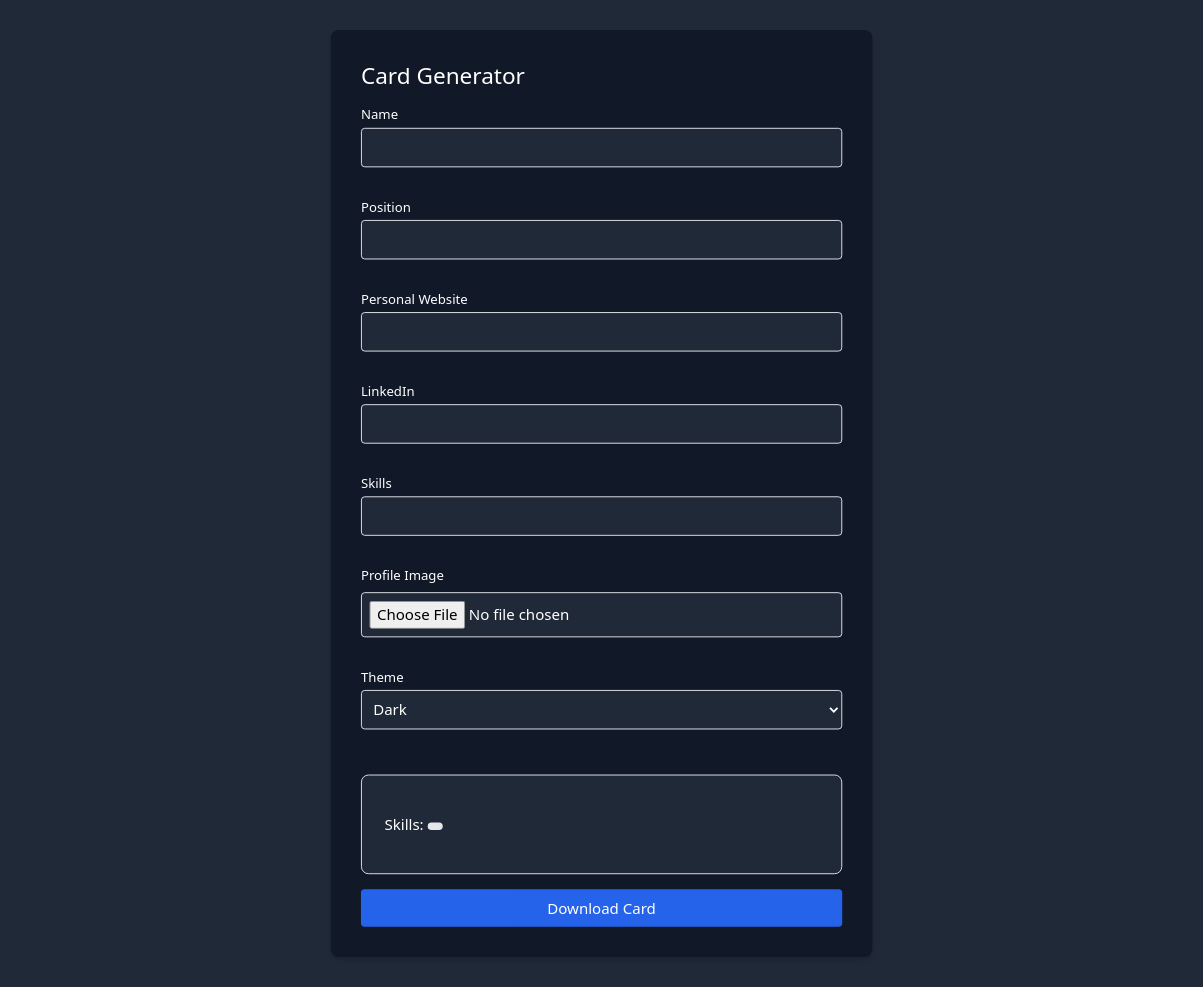
Repository: SmanSayeed/card-generator-react-application
Page: /
The author's editor kept a copy of each file at every save. The page is drawn from the files as they stood at one save, then again after a run of saves.
The browser window is 1280 px wide. The pictures show the whole page, at 94% of full size.
The project was rebuilt for these pictures with package versions that can differ from the ones it lists, and the page was loaded fresh each time. Also part of the build but not shown: vite.config.js.

Above is the page before, as saved 2024-09-24 16:20:51.

### src/main.jsx
import { StrictMode } from 'react'
import { createRoot } from 'react-dom/client'
import './index.css';
import App from './App';
import { Provider } from 'react-redux';
import { configureStore } from '@reduxjs/toolkit';
import { persistStore } from 'redux-persist';
import { PersistGate } from 'redux-persist/integration/react';
import cardReducer from './features/cardSlice';

const store = configureStore({
  reducer: {
    card: cardReducer,
  },
});
const persistor = persistStore(store);
createRoot(document.getElementById('root')).render(
  <StrictMode>
     <Provider store={store}>
     <PersistGate loading={null} persistor={persistor}>
    <App />
    </PersistGate>
    </Provider>
  </StrictMode>,
)

### src/App.jsx
import React from 'react';
import { useDispatch, useSelector } from 'react-redux';
import { updateField, setTheme } from './features/cardSlice';
import './App.css';
import CardGenerator from './components/template/CardGenerator';

const themes = {
  dark: "bg-gray-800 text-white",
  light: "bg-white text-black",
  green: "bg-green-200 text-black",
  blue: "bg-blue-200 text-black",
  minimal: "bg-gray-200 text-black",
};

function App() {

  return (
    <div className="p-8 min-h-screen bg-gray-800 text-white">
    <CardGenerator />
  </div>
  );
}

export default App;

### src/features/cardSlice.js
import { createSlice } from '@reduxjs/toolkit';
import { persistReducer } from 'redux-persist';
import storage from 'redux-persist/lib/storage';

const cardSlice = createSlice({
  name: 'card',
  initialState: {
    name: '',
    position: '',
    profileImage: '',
    personalWebsite: '',
    linkedin: '',
    skills: '',
    theme: 'dark', // default theme
  },
  reducers: {
    updateField: (state, action) => {
      const { field, value } = action.payload;
      state[field] = value;
    },
    setTheme: (state, action) => {
      state.theme = action.payload;
    },
  },
});

const persistConfig = {
  key: 'root',
  storage,
};

const persistedReducer = persistReducer(persistConfig, cardSlice.reducer);

export const { updateField, setTheme } = cardSlice.actions;
export default persistedReducer;

### src/App.css
.body.dark-mode {
  background: black;
  color: white;
}
ul {
  list-style: none;
  padding: 0;
}
.badge {
  display: inline-block;
  font-size: 0.875em;
  margin-right: 0.25rem;
  padding: 0.25rem 0.5rem;
}

### src/components/template/CardGenerator.js
import React from 'react';
import CardForm from '../organisms/CardForm';
import Card from '../organisms/Card';
import Button from '../atoms/Button';
import html2canvas from 'html2canvas';
import jsPDF from 'jspdf';

const CardGenerator = () => {
  const downloadCard = () => {
    const input = document.getElementById('card');
    html2canvas(input).then((canvas) => {
      const imgData = canvas.toDataURL('image/png');
      const pdf = new jsPDF();
      pdf.addImage(imgData, 'PNG', 0, 0);
      pdf.save('card.pdf');
    });
  };

  return (
    <div className="max-w-xl mx-auto bg-gray-900 text-white p-8 rounded-lg shadow-md">
      <h1 className="text-2xl mb-4">Card Generator</h1>
      <CardForm />
      <div id="card">
        <Card />
      </div>
      <Button onClick={downloadCard}>Download Card</Button>
    </div>
  );
};

export default CardGenerator;

### src/components/organisms/CardForm.js
import React from 'react';
import FormField from '../molecules/FormField';
import Button from '../atoms/Button';
import { useDispatch, useSelector } from 'react-redux';
import { updateField, setTheme } from '../../features/cardSlice';

const CardForm = () => {
  const dispatch = useDispatch();
  const card = useSelector((state) => state.card);

  const handleChange = (e) => {
    const { name, value } = e.target;
    dispatch(updateField({ field: name, value }));
  };

  const handleThemeChange = (e) => {
    dispatch(setTheme(e.target.value));
  };

  return (
    <form className="grid grid-cols-1 gap-4">
      <FormField type="text" label="Name" name="name" value={card.name} onChange={handleChange} />
      <FormField type="text" label="Position" name="position" value={card.position} onChange={handleChange} />
      <FormField type="text" label="Personal Website" name="personalWebsite" value={card.personalWebsite} onChange={handleChange} />
      <FormField type="text" label="LinkedIn" name="linkedin" value={card.linkedin} onChange={handleChange} />
      <FormField type="text" label="Skills" name="skills" value={card.skills} onChange={handleChange} />
      <FormField type="file" label="Profile Image" onChange={(e) => handleChange({ target: { name: 'profileImage', value: URL.createObjectURL(e.target.files[0]) } })} />
      <FormField type="select" label="Theme" name="theme" value={card.theme} onChange={handleThemeChange} options={[
        { value: 'dark', label: 'Dark' },
        { value: 'light', label: 'Light' },
        { value: 'green', label: 'Green' },
        { value: 'blue', label: 'Blue' },
        { value: 'minimal', label: 'Minimal' },
      ]} />
    </form>
  );
};

export default CardForm;

### src/components/organisms/Card.js
import React from 'react';
import { useSelector } from 'react-redux';

const themes = {
  dark: 'bg-gray-800 text-white',
  light: 'bg-white text-black',
  green: 'bg-green-200 text-black',
  blue: 'bg-blue-200 text-black',
  minimal: 'bg-gray-200 text-black',
};

const Card = () => {
  const card = useSelector((state) => state.card);

  return (
    <div className={`card mt-8 p-6 rounded-lg border shadow-sm ${themes[card.theme]}`}>
      <div className="flex items-center mb-4">
        {card.profileImage && (
          <img src={card.profileImage} alt="Profile" className="w-12 h-12 rounded-full mr-4" />
        )}
        <div>
          <h2 className="text-xl">{card.name}</h2>
          <p>{card.position}</p>
        </div>
      </div>

      <div className="mb-4">
        <a href={card.personalWebsite} target="_blank" className="block">
          {card.personalWebsite}
        </a>
        <a href={card.linkedin} target="_blank" className="block">
          {card.linkedin}
        </a>
      </div>

      <div className="mb-4">
        <p>
          Skills: {card.skills.split(',').map((skill) => (
            <span key={skill} className="badge bg-gray-200 text-black p-1 rounded mr-1">
              {skill}
            </span>
          ))}
        </p>
      </div>

      <div className="mt-4">
        <a href={card.personalWebsite} target="_blank" className="block mt-2 text-sm">
          {card.personalWebsite}
        </a>
      </div>
    </div>
  );
};

export default Card;

### src/components/atoms/Button.js
import React from 'react';

const Button = ({ onClick, children, ...props }) => (
  <button
    onClick={onClick}
    className="mt-4 w-full p-2 bg-blue-600 text-white rounded"
    {...props}
  >
    {children}
  </button>
);

export default Button;

### src/components/molecules/FormField.js
import React from 'react';
import TextInput from '../atoms/TextInput';
import FileInput from '../atoms/FileInput';
import SelectInput from '../atoms/SelectInput';

const FormField = ({ type, ...props }) => {
  switch (type) {
    case 'text':
      return <TextInput {...props} />;
    case 'file':
      return <FileInput {...props} />;
    case 'select':
      return <SelectInput {...props} />;
    default:
      return null;
  }
};

export default FormField;

### src/components/atoms/textInput.js
import React from 'react';

const TextInput = ({ label, name, value, onChange, ...props }) => (
  <div className="mb-4">
    {label && <label className="block text-sm mb-1">{label}</label>}
    <input
      type="text"
      name={name}
      value={value}
      onChange={onChange}
      className="p-2 bg-gray-800 border rounded w-full"
      {...props}
    />
  </div>
);

export default TextInput;

### src/components/atoms/fileInput.js
import React from 'react';

const FileInput = ({ label, name, onChange }) => (
  <div className="mb-4">
    {label && <label className="block text-sm mb-1">{label}</label>}
    <input
      type="file"
      name={name}
      onChange={onChange}
      className="mt-1 p-2 bg-gray-800 border rounded w-full"
    />
  </div>
);

export default FileInput;

### src/components/atoms/selectInput.js
import React from 'react';

const SelectInput = ({ label, name, value, onChange, options }) => (
  <div className="mb-4">
    {label && <label className="block text-sm mb-1">{label}</label>}
    <select
      name={name}
      value={value}
      onChange={onChange}
      className="p-2 bg-gray-800 border rounded w-full"
    >
      {options.map((option, index) => (
        <option key={index} value={option.value}>
          {option.label}
        </option>
      ))}
    </select>
  </div>
);

export default SelectInput;

### tailwind.config.js
// tailwind.config.js
/** @type {import('tailwindcss').Config} */
export default {
  content: ["./index.html", "./src/**/*.{js,ts,jsx,tsx}"],
  theme: {
    extend: {},
  },
  plugins: [],
};

Loaded but not shown: index.html (common file); src/index.css (common file)

After the next 2 saves:
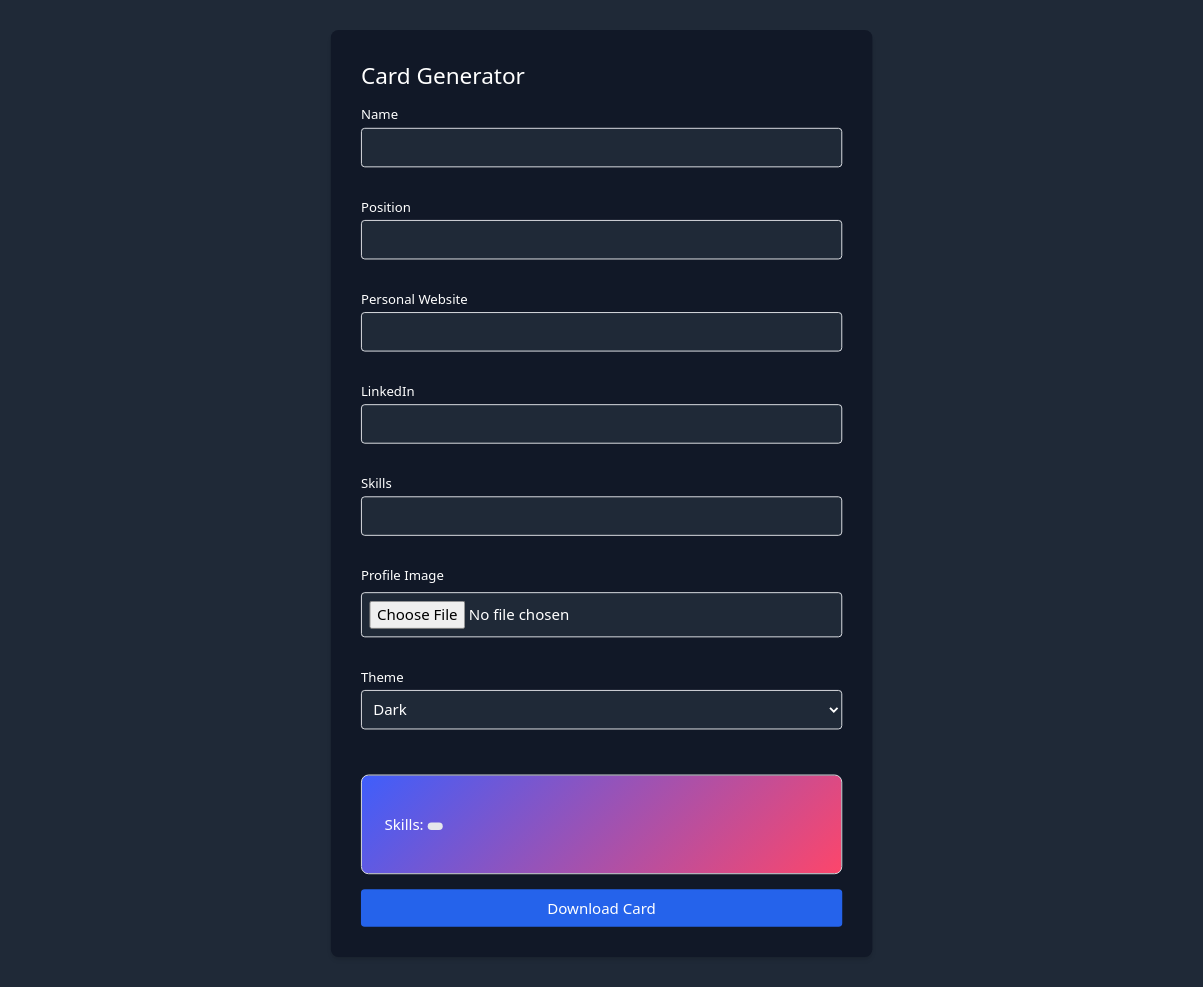
The 2 saves are shown as one change because they came seconds apart.
The last was saved 27 s later.
--- a/src/App.css
+++ b/src/App.css
@@ -12,3 +12,6 @@ ul {
   margin-right: 0.25rem;
   padding: 0.25rem 0.5rem;
 }
+.card {
+  background: linear-gradient(135deg, rgba(63,94,251,1) 0%, rgba(252,70,107,1) 100%);
+}
